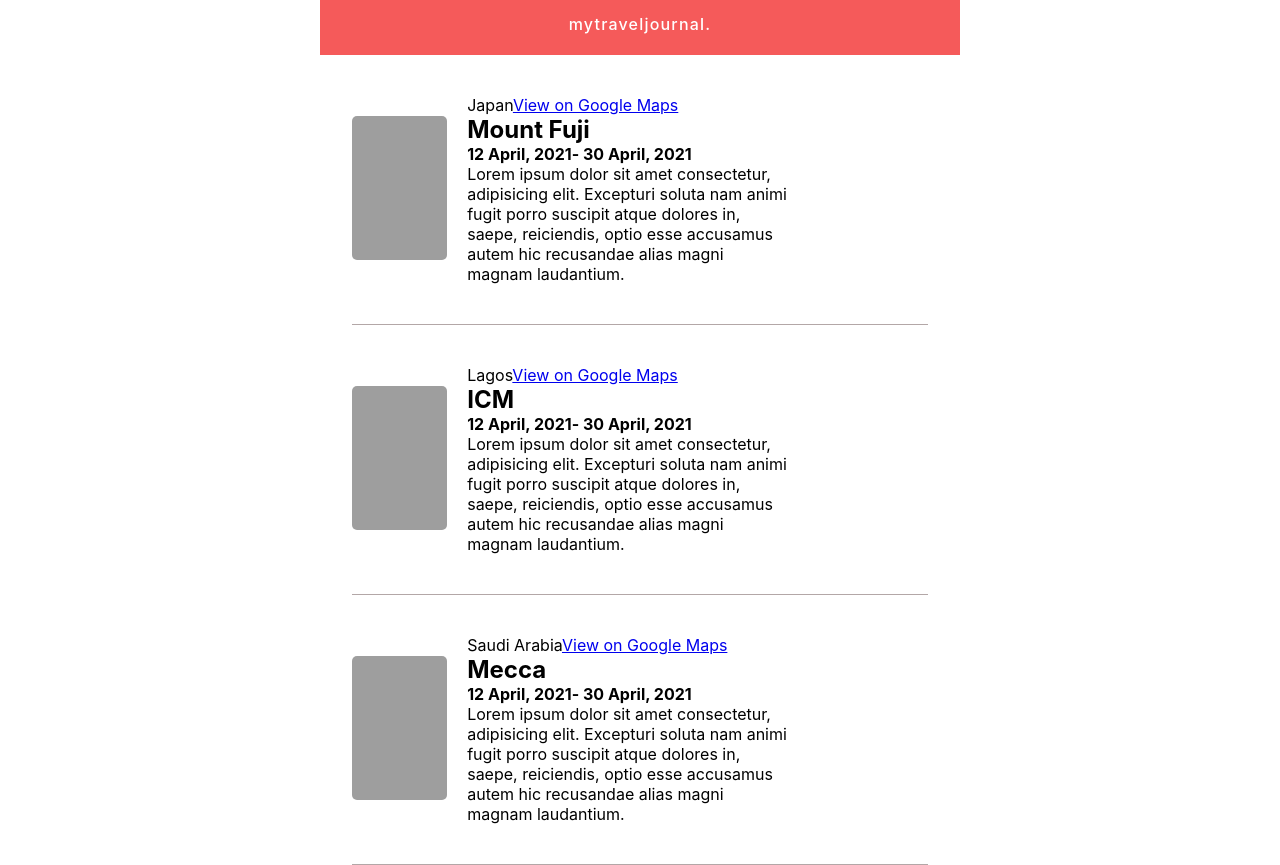
Repository: BuduCE/travel-journal
Page: /
The author's editor kept a copy of each file at every save. The page is drawn from the files as they stood at one save, then again after a run of saves.
The browser window is 1280 px wide. The pictures show the whole page.
Pictures or frames that could not be fetched are drawn as grey boxes. The project was rebuilt for these pictures with package versions that can differ from the ones it lists, and the page was loaded fresh each time.

Above is the page before, as saved 2022-08-25 13:49:02.

### src/index.css
*{
  box-sizing: border-box;
  margin: 0;
  padding: 0;
}
body {
  margin: 0;
  font-family: -apple-system, BlinkMacSystemFont, 'Segoe UI', 'Roboto', 'Oxygen',
    'Ubuntu', 'Cantarell', 'Fira Sans', 'Droid Sans', 'Helvetica Neue',
    sans-serif;
  -webkit-font-smoothing: antialiased;
  -moz-osx-font-smoothing: grayscale;
}

code {
  font-family: source-code-pro, Menlo, Monaco, Consolas, 'Courier New',
    monospace;
}

### src/App.js
import './App.css';
import Home from './components/Home';
import Tour from './components/Tour';
import data from './data'

function App() {
  // Mapping through the data file
  const places = data.map(place => {
    return <Tour
              key = {place.id}
              {...place}
            />
  })

  return (
    <div className="App">
      <Home />
      {/* <Tour /> */}
      {places}
    </div>
  );
}

export default App;

### src/components/Home/index.jsx
import Tour from '../Tour'
import data from '../../data'
import './styles.css'

const Home = () => {


  return (
    <div className='Home'>
      <p>mytraveljournal.</p>
    </div>
  )
}

export default Home

### src/components/Tour/index.jsx
import './styles.css'
import camp from './camp.jpg'

const Tour = (props) => {
  return (
    <div className='Tour'>
      {/* Section 1 */}
      <div className="tour-img">
        {/* <img src={camp} alt="" /> */}
        <img src={props.image} alt="" />
      </div>

      {/* Section 2 */}
      <div className="tour-info">
        <div className="tour-loc">
          <img src="" alt="" />
          <span>{props.location}</span>
          <a href={props.googleMapsUrl}>View on Google Maps</a>
        </div>
        <h2>{props.title}</h2>
        <div className="tour-data">
          <p><b>{props.startDate}</b></p>
          <p><b>- {props.endDate}</b></p>
        </div>

        <p className='tour-desc'>
          Lorem ipsum dolor sit amet consectetur, adipisicing elit. Excepturi soluta nam animi fugit porro suscipit atque dolores in, saepe, reiciendis, optio esse accusamus autem hic recusandae alias magni magnam laudantium.
        </p>
      </div>

    </div>
  )
}

export default Tour

### src/data.js
export default [
    {
        id: 1,
        title: "Mount Fuji",
        location: "Japan",
        googleMapsUrl: "https://googlemaps",
        startDate: "12 April, 2021",
        endDate: "30 April, 2021",
        image: "https://images.unsplash.com/photo-1657214059212-104dac959c56?ixlib=rb-1.2.1&ixid=MnwxMjA3fDF8MHxzZWFyY2h8MXx8dHJhdmVsfGVufDB8fDB8fA%3D%3D&auto=format&fit=crop&w=500&q=60",
    },
    {
        id: 2,
        title: "ICM",
        location: "Lagos",
        googleMapsUrl: "https://googlemaps",
        startDate: "12 April, 2021",
        endDate: "30 April, 2021",
        image:"https://images.unsplash.com/photo-1527631746610-bca00a040d60?ixlib=rb-1.2.1&ixid=MnwxMjA3fDB8MHxzZWFyY2h8MTJ8fHRyYXZlbHxlbnwwfHwwfHw%3D&auto=format&fit=crop&w=500&q=60",
    },
    {
        id: 3,
        title: "Mecca",
        location: "Saudi Arabia",
        googleMapsUrl: "https://googlemaps",
        startDate: "12 April, 2021",
        endDate: "30 April, 2021",
        image:"https://images.unsplash.com/photo-1528543606781-2f6e6857f318?ixlib=rb-1.2.1&ixid=MnwxMjA3fDB8MHxzZWFyY2h8MTh8fHRyYXZlbHxlbnwwfHwwfHw%3D&auto=format&fit=crop&w=500&q=60",
    },
]

### src/components/Home/styles.css
.Home{
    width: 50%;
    margin: auto;
    background: #F55A5A;
    height: 55px;
    text-align: center;
    font-size: 1rem;
    font-weight: 500;
    line-height: 18px;
    letter-spacing: 0.075em;
    color: #fff;
}
.Home > p{
    padding-top: 15px;
}
@media screen and (max-width: 768px){
    .Home{
        width: 100%;
    }
}

### src/components/Tour/styles.css
.Tour{
    width: 45%;
    margin: auto;
    display: grid;
    grid-template-columns: 1fr 4fr;
    padding: 40px 0;
    align-items: center;
    border-bottom: 1px solid #b3a7a7;
}
.tour-img{
    margin-right: 20px;
}
.tour-img > img{
    width: 100%;
    height: 20vh;
    border-radius: 5px;
}
.tour-data{
    display: flex;
}
.tour-desc{
    width: 70%;
}
@media screen and (max-width: 768px){
    .Tour{
        width: 100%;
        font-size: 0.8rem;
        grid-template-columns: 1fr 2fr;
    }
    .tour-desc{
        width: 90%;
    }
    .tour-img > img{
        height: 20vh;
    }
}

Loaded but not shown: public/index.html (common file); src/index.js (common file); src/reportWebVitals.js (common file); src/App.css (common file)

After the next 2 saves:
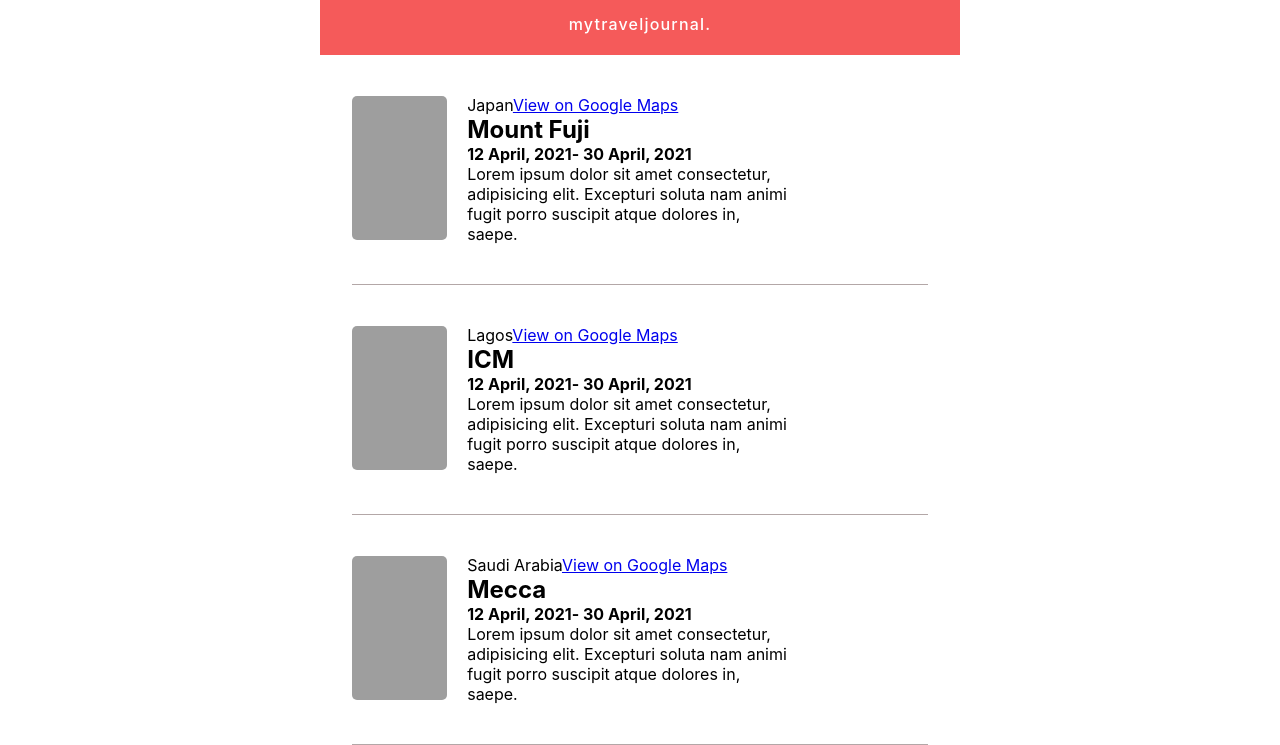
The 2 saves are shown as one change because they came seconds apart.
The last was saved 32 s later.
--- a/src/components/Tour/index.jsx
+++ b/src/components/Tour/index.jsx
@@ -24,7 +24,7 @@
         </div>
 
         <p className='tour-desc'>
-          Lorem ipsum dolor sit amet consectetur, adipisicing elit. Excepturi soluta nam animi fugit porro suscipit atque dolores in, saepe, reiciendis, optio esse accusamus autem hic recusandae alias magni magnam laudantium.
+          Lorem ipsum dolor sit amet consectetur, adipisicing elit. Excepturi soluta nam animi fugit porro suscipit atque dolores in, saepe.
         </p>
       </div>
 
